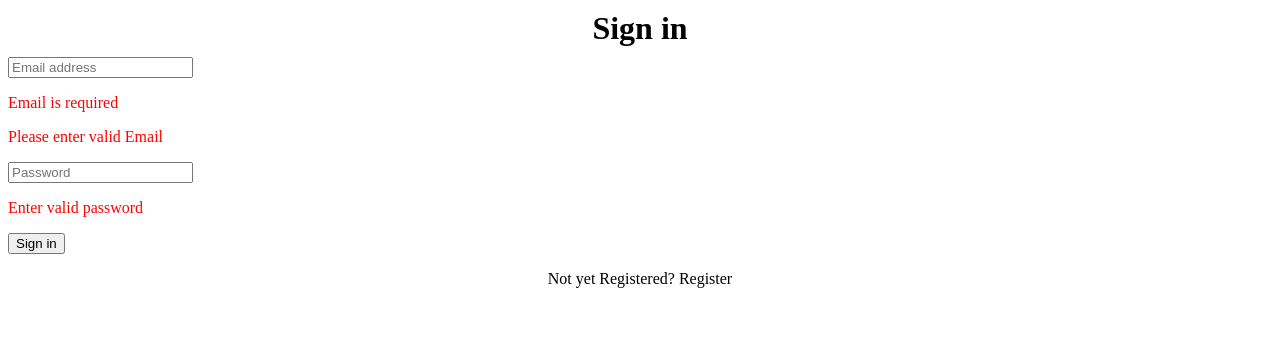
Repository: sagarpatil11/ToDo
Page: todo/src/main/webapp/templates/login.html
An editor plug-in stored every save of this project. The page is shown before and after the next save, followed by the edit.
The browser window is 1280 px wide. The pictures show the whole page.

Above is the page before, as saved 2017-07-21 11:03:19.

### todo/src/main/webapp/templates/login.html
<div class="container">
        <div class="card card-container">
           <h1 style="text-align: center;margin:10px">Sign in</h1>

            <form class="form-signin" name="userform" method="post">

            	<div class="form-group">
                	<input type="email" data-ng-model="email" name="email" id="inputEmail" class="form-control" placeholder="Email address" required >
               		<p><span data-ng-show="userform.email.$error.required && userform.email.$touched" style="color: red">Email is required</span></p>
               		<p><span data-ng-show="userform.email.$error.email && userform.email.$touched" style="color: red">Please enter valid Email</span></p>
               	</div>

              	<div class="form-group">
              		<input type="password" name="password" data-ng-model="password" data-ng-minlength="6" id="inputPassword" class="form-control" placeholder="Password" required>
                	<p><span data-ng-show="userform.password.$error.required && userform.password.$touched" style="color: red">Enter valid password</span></p>
               	</div>

                <button class="btn btn-lg btn-primary btn-block btn-signin" data-ng-disabled="userform.$invalid" type="submit" data-ng-click="signin()">Sign in</button>
            </form>

            <p style="text-align: center;">Not yet Registered?<a ui-sref="register"> Register</a></p>

        </div>
</div>

After the next save:
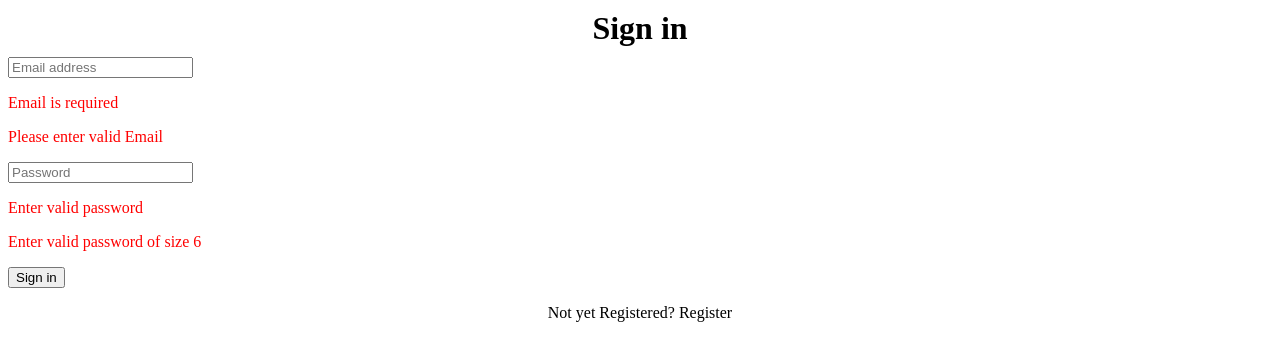
Saved 53 s later.
--- a/todo/src/main/webapp/templates/login.html
+++ b/todo/src/main/webapp/templates/login.html
@@ -13,6 +13,7 @@
               	<div class="form-group">
               		<input type="password" name="password" data-ng-model="password" data-ng-minlength="6" id="inputPassword" class="form-control" placeholder="Password" required>
                 	<p><span data-ng-show="userform.password.$error.required && userform.password.$touched" style="color: red">Enter valid password</span></p>
+                	<p><span data-ng-show="userform.password.$error.required && userform.password.$touched" style="color: red">Enter valid password of size 6 </span></p>
                	</div>
 
                 <button class="btn btn-lg btn-primary btn-block btn-signin" data-ng-disabled="userform.$invalid" type="submit" data-ng-click="signin()">Sign in</button>
